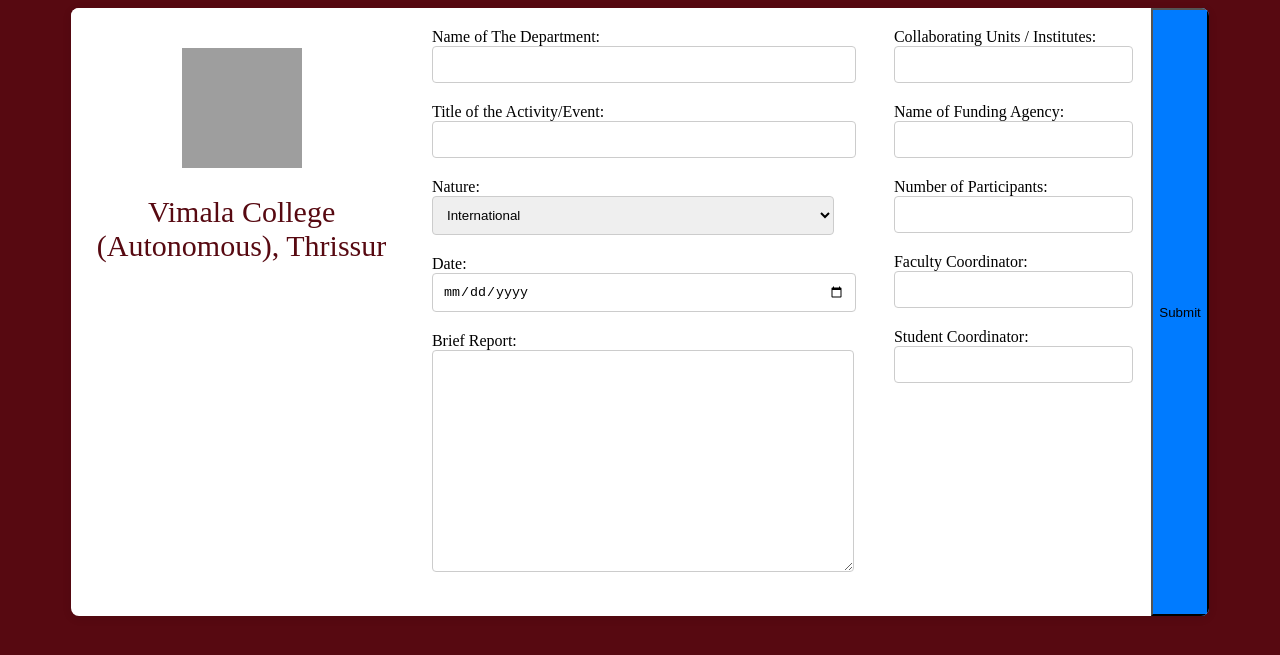
Repository: Rammjay/vimala-activity-report
Page: vim/report/reports/templates/1.html
These files come from the project's save history. The page is drawn as it stood at one moment and after a run of saves; the edit follows.
The browser window is 1280 px wide. The pictures show the whole page.
Pictures or frames that could not be fetched are drawn as grey boxes.

Above is the page before, as saved 2024-09-22 14:26:27.

After the next 2 saves:
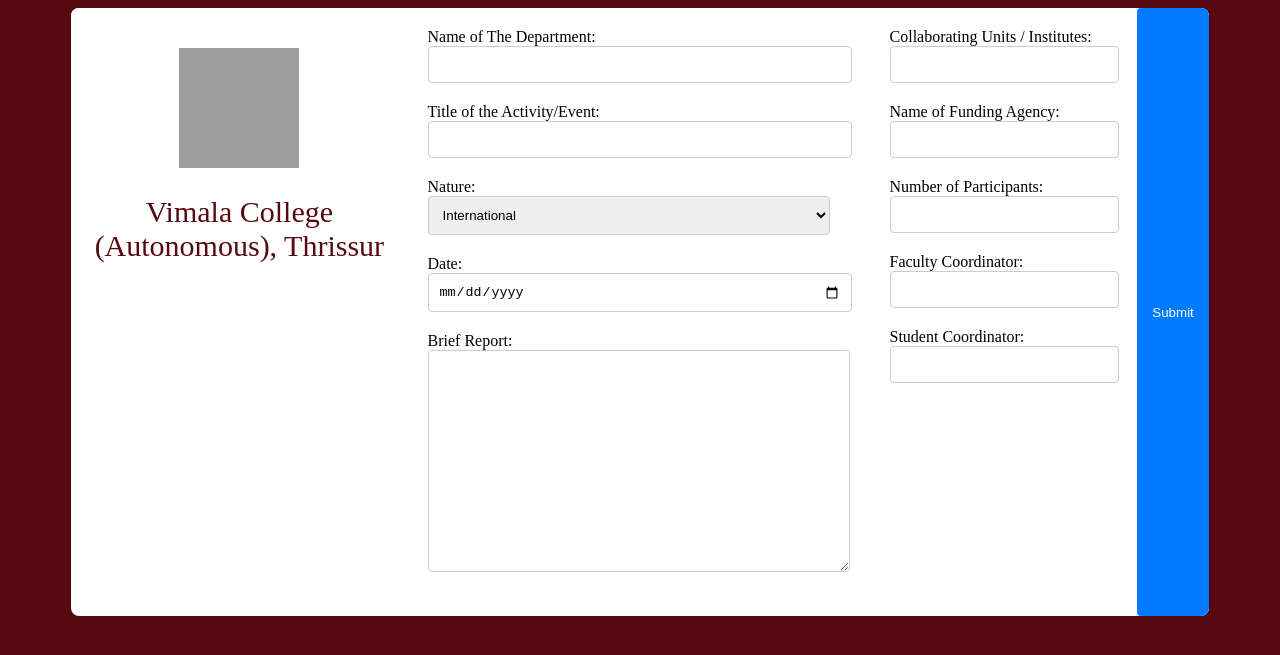
The 2 saves are shown as one change because they came seconds apart.
The last was saved 9 s later.
--- a/vim/report/reports/templates/1.html
+++ b/vim/report/reports/templates/1.html
@@ -67,7 +67,11 @@
             border-radius: 4px;
         }
         button {
+            padding: 10px 15px;
             background-color: #007bff;
+            color: white;
+            border: none;
+            border-radius: 4px;
             cursor: pointer;
         }
         button:hover {
